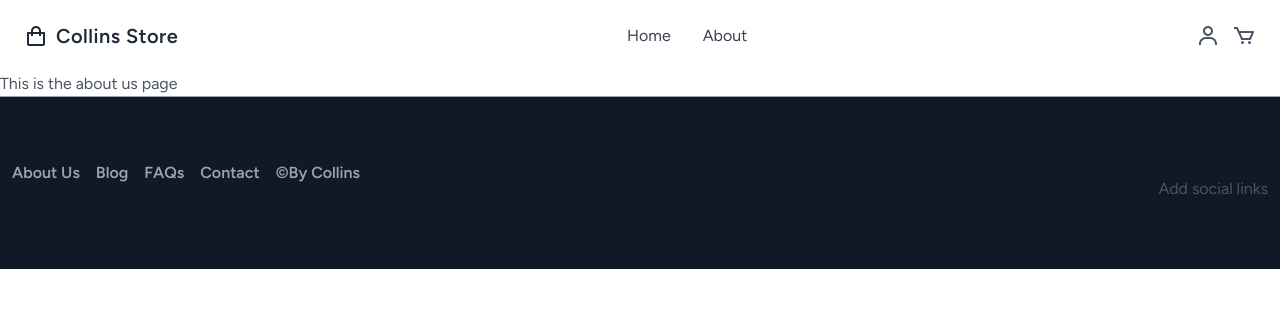
Repository: Collins145/e-commerce-website
Page: http://localhost/about
These files come from the project's save history. The page is drawn as it stood at one moment and after the next save; the edit follows.
The browser window is 1280 px wide. The pictures show the whole page.
The page is served by the project's Laravel application, run on PHP 8.4 with Laravel 10. Style sheets and scripts are compiled from the project's sources, by tool versions that may differ from the author's.

Above is the page before, as saved 2023-06-17 20:07:49.

After the next save:
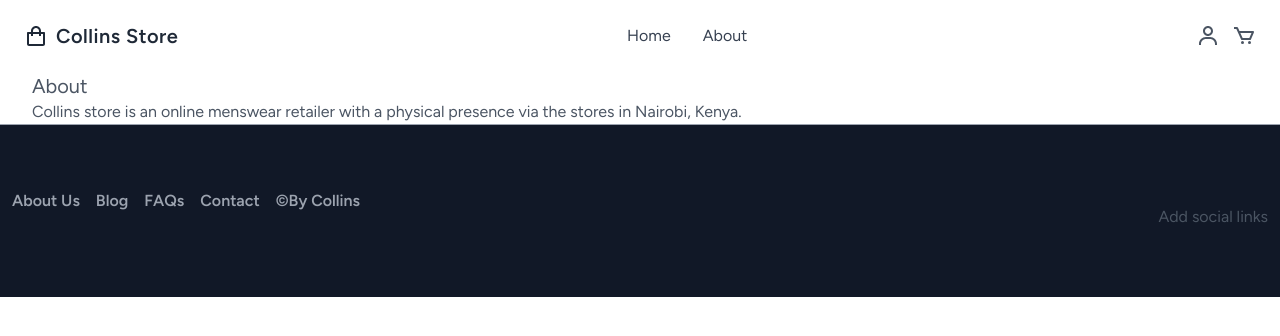
Saved 39 min 34 s later.
--- a/resources/views/site/about.blade.php
+++ b/resources/views/site/about.blade.php
@@ -1,4 +1,7 @@
 @extends('layouts.site')
 @section('content')
-This is the about us page
+    <div class="max-w-7xl mx-auto px-8 py-0">
+        <h1 class="text-xl justify-center">About</h1>
+        <p class="text-md semi-bold">Collins store is an online menswear retailer with a physical presence via the stores in Nairobi, Kenya.</p>
+    </div>
 @endsection
